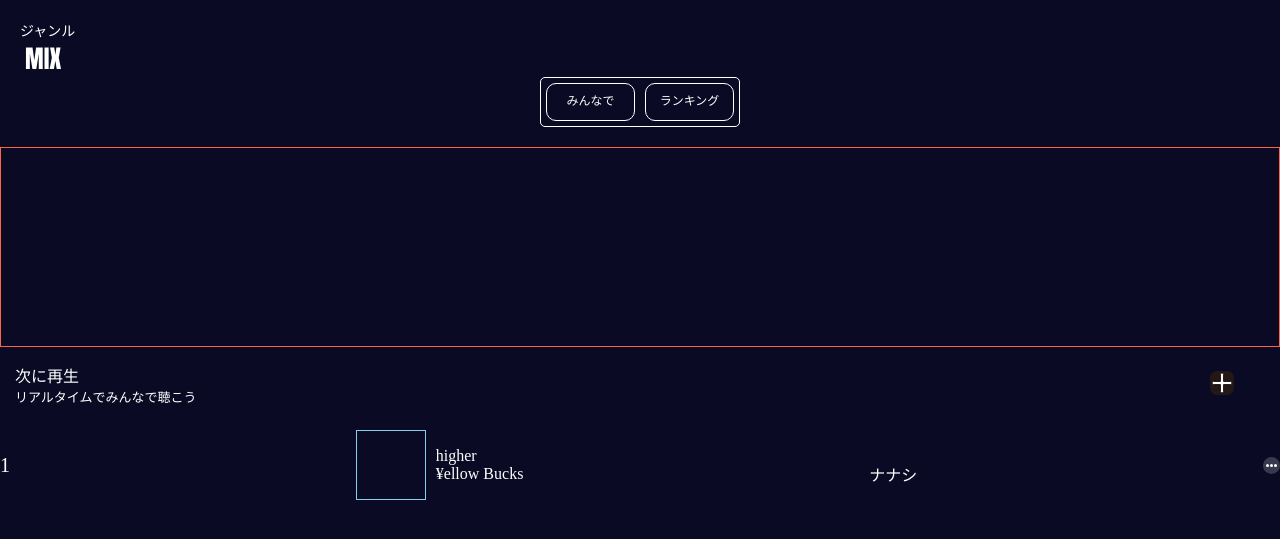
Repository: FujieRyou/2024_team
Page: /LoggedIn
These files come from the project's save history. The page is drawn as it stood at one moment and after the next save; the edit follows.
The browser window is 1280 px wide. The pictures show the whole page.
The project was rebuilt for these pictures with package versions that can differ from the ones it lists, and the page was loaded fresh each time. The framework's server and built-in components were replaced by stand-ins that run in the browser. Also part of the build but not shown: next.config.js.

Above is the page before, as saved 2024-01-10 11:37:45.

After the next save:
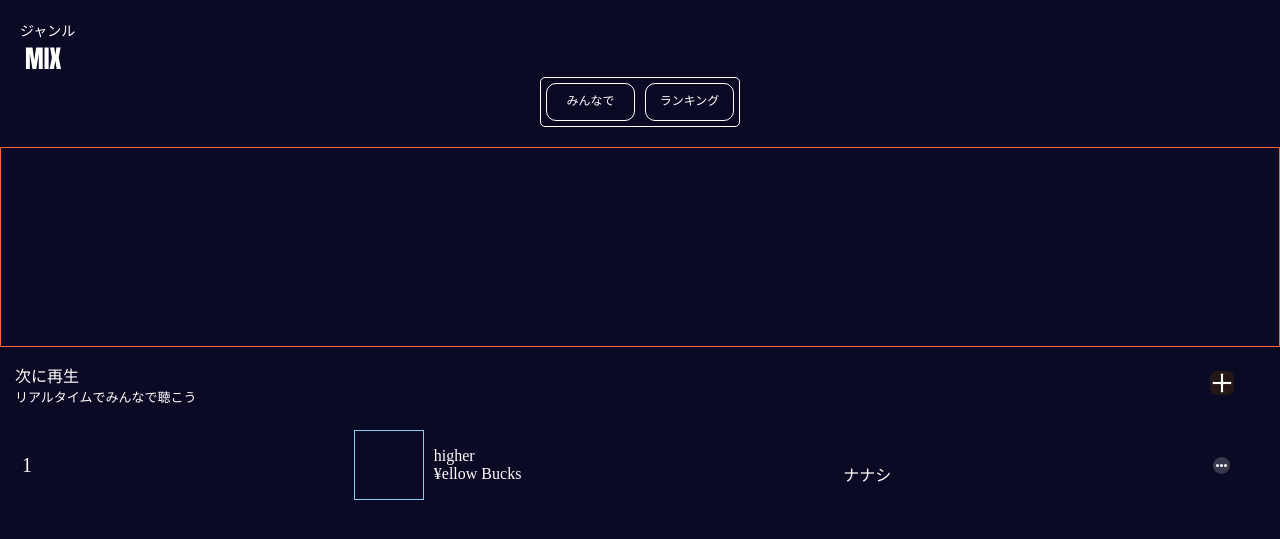
Saved 4 min 53 s later.
--- a/src/styles/index.css
+++ b/src/styles/index.css
@@ -292,9 +292,11 @@ h2{
 /*music list*/
 #songContent_wrap{
     display: flex;
+    width: 100%;
     justify-content: space-between;
     align-items: center;
     margin-bottom: 15px;
+    padding: 0px 50px 0px 22px;
 }
 
 .song_num{
